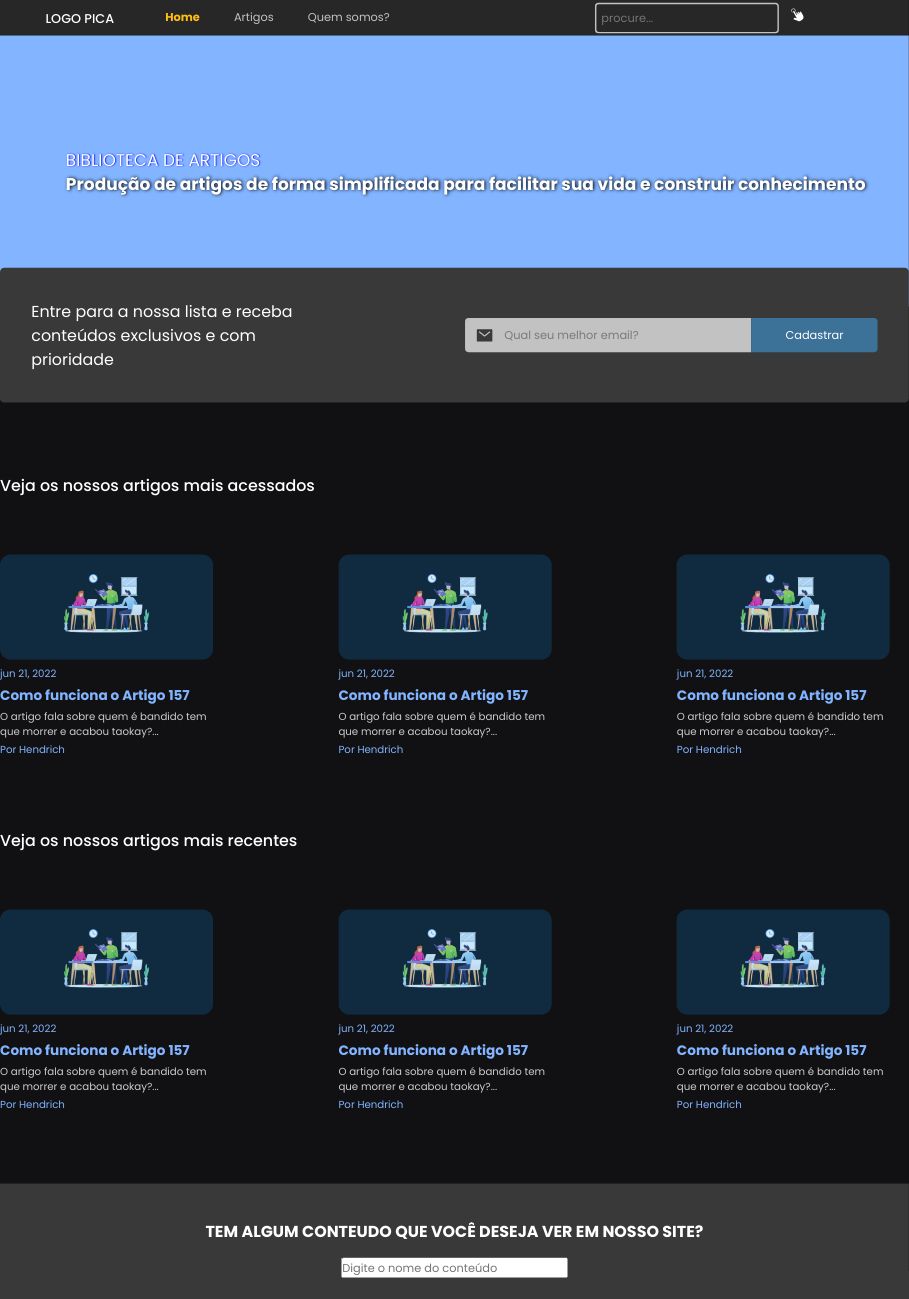
Repository: ArthurHendrich/Inepto
Page: /
An editor plug-in stored every save of this project. The page is shown before and after the next save, followed by the edit.
The browser window is 1280 px wide. The pictures show the whole page, at 71% of full size.
The project was rebuilt for these pictures with package versions that can differ from the ones it lists, and the page was loaded fresh each time. The framework's server and built-in components were replaced by stand-ins that run in the browser. Also part of the build but not shown: next.config.js.

Above is the page before, as saved 2022-07-06 21:31:20.

After the next save:
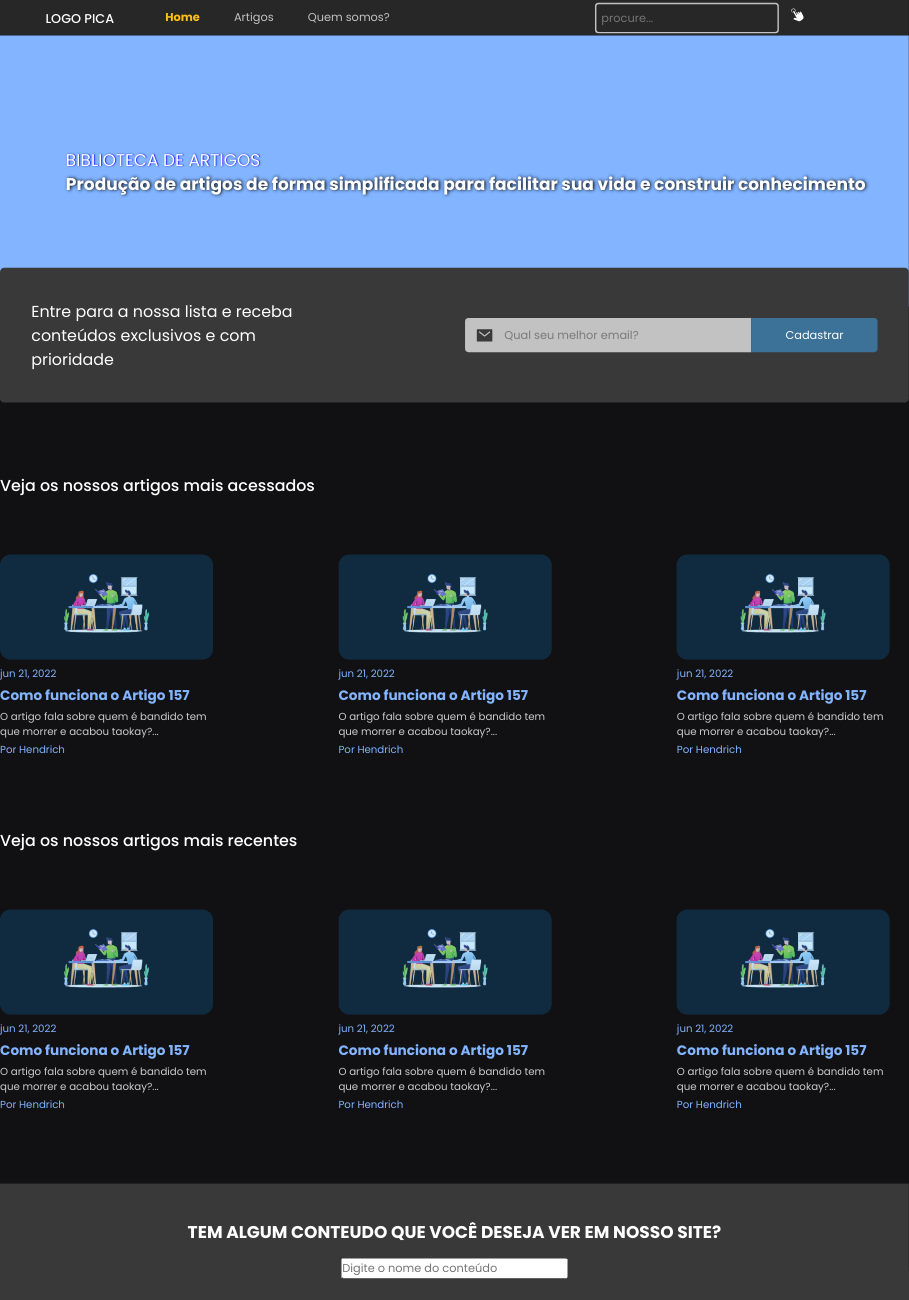
Saved 5 s later.
--- a/src/styles/home.module.scss
+++ b/src/styles/home.module.scss
@@ -231,7 +231,7 @@
   flex-direction: column;
 
   .contentTitle {
-    font-size: 1.4rem;
+    font-size: 1.5rem;
     font-weight: 700;
     margin-bottom: 20px;
   }
